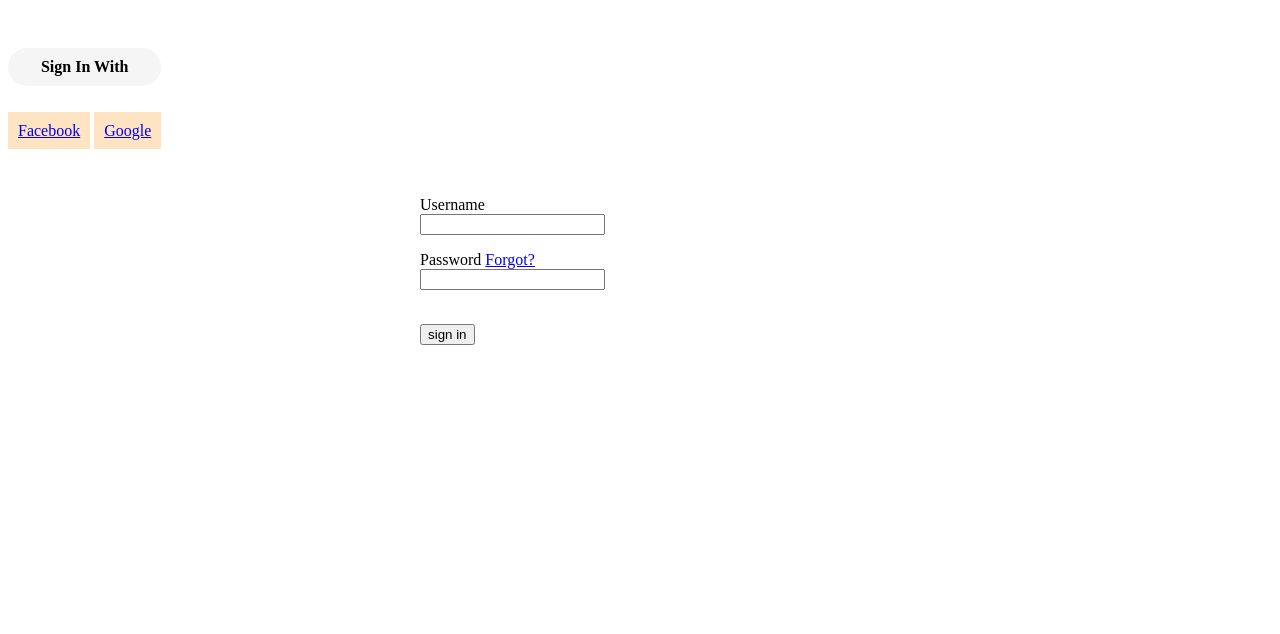
Repository: Tobby004/bdc-assignment-2
Page: index.html
The author's editor kept a copy of each file at every save. The page is drawn from the files as they stood at one save, then again after the next save.
The browser window is 1280 px wide. The pictures show the whole page.

Above is the page before, as saved 2023-02-11 06:56:58.

After the next save:
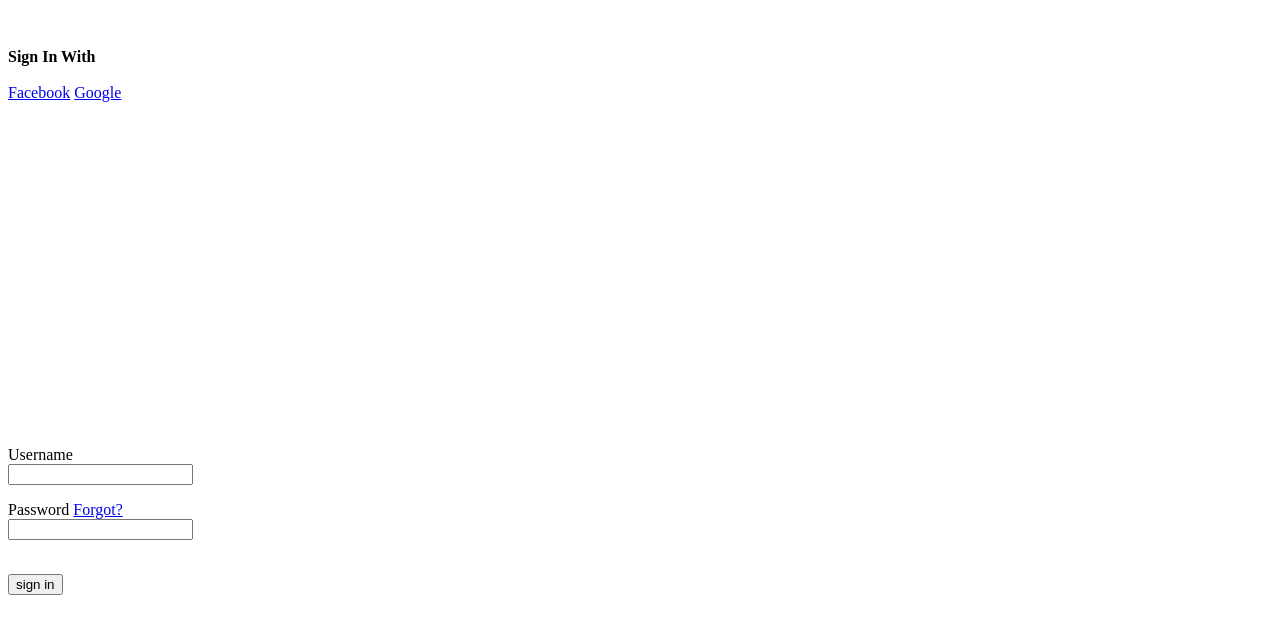
Saved 3 min 17 s later.
--- a/task.css
+++ b/task.css
@@ -1,29 +1,5 @@
 *{
     box-sizing:border-box;
-}
-header b {
-    background-color:whitesmoke ;
-    display: flex;
-    padding: 10px;
-    border-radius: 40px;
-    margin-right: auto;
-    margin-left: auto;
-    max-width: 500px;
-    justify-content: center;
-}
-header a {
-    padding: 10px;
-    display: flexbox;
-    background-color: bisque;
-    max-width: 500px
-}
-.form-input{
-    display: block;
-    max-width: 500px;
-    height: 10px;
-    padding: 30px;
-    margin-left: auto;
-    margin-right: auto;
 }
 .box-container {
     justify-content: space-between;
@@ -31,4 +7,7 @@ header a {
     margin-block: 10px;
     margin-top: 30px;
 }
-bo
+.box1 {
+    height: 400px;
+    width: 500px;
+}
